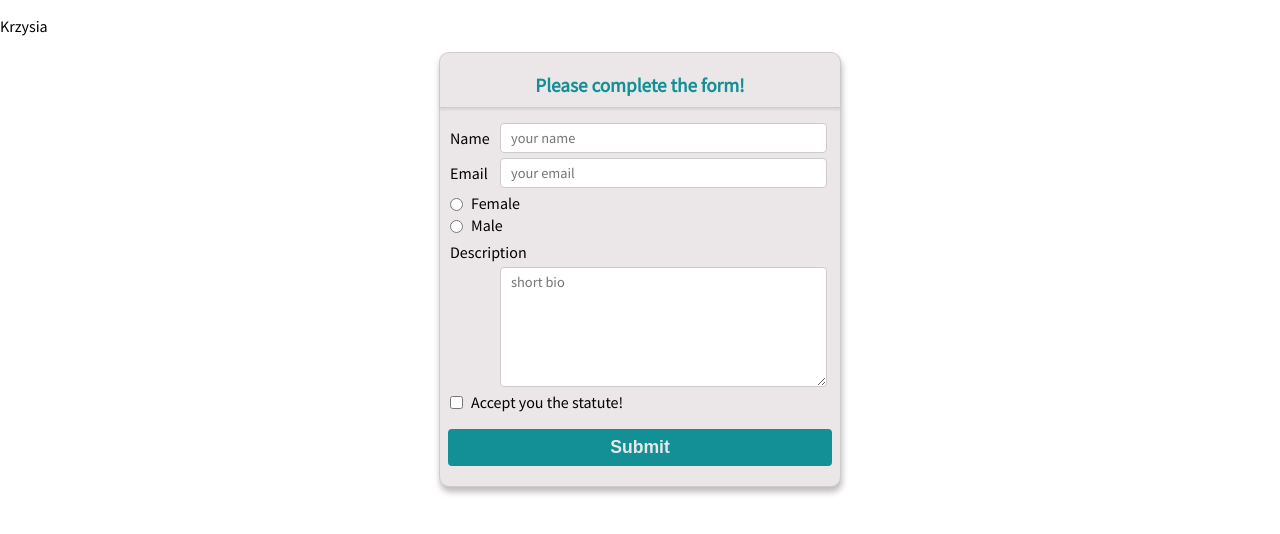
Repository: KrzysKolo/sr_tydzien4_zad2
Page: /
The author's editor kept a copy of each file at every save. The page is drawn from the files as they stood at one save, then again after the next save.
The browser window is 1280 px wide. The pictures show the whole page.
The project was rebuilt for these pictures with package versions that can differ from the ones it lists, and the page was loaded fresh each time. Also part of the build but not shown: src/components/formComponents/ErrorMessage.js, src/components/formComponents/Message.js.

Above is the page before, as saved 2020-11-27 23:27:09.

After the next save:
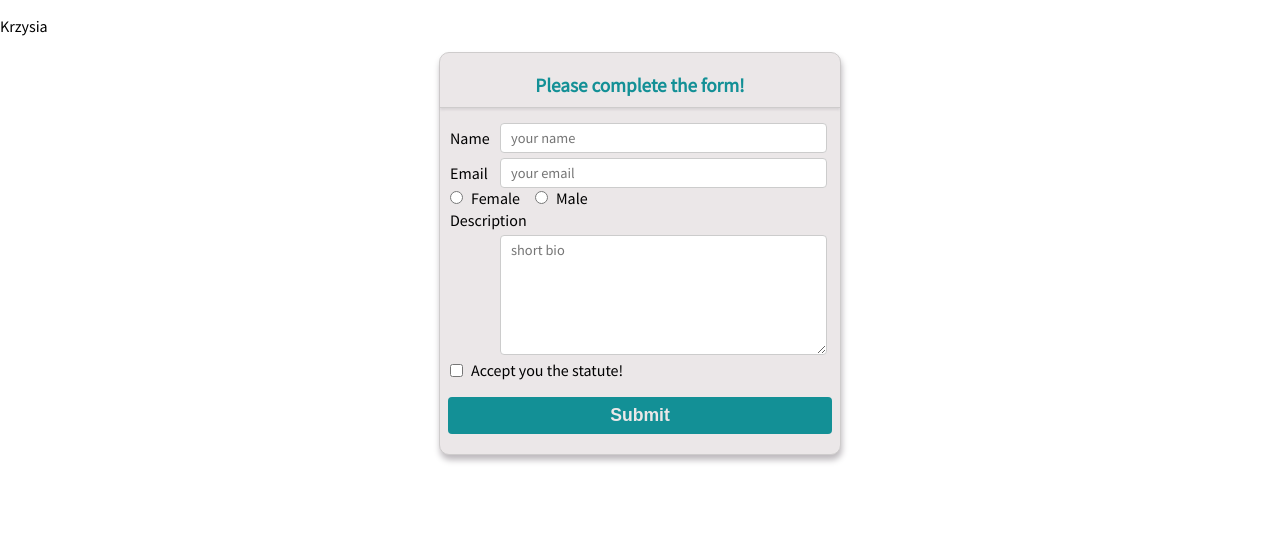
Saved 2 min 14 s later.
--- a/src/components/formComponents/Radio.js
+++ b/src/components/formComponents/Radio.js
@@ -21,13 +21,13 @@ const RadioError = styled.input`
 const Checkbox = (props) => {
     const { name,  message, errorInfo, options }= props;
     return (
-        <>
-              {options.map(option =>  <RadioDiv key={option.id}>
+        <RadioDiv>
+              {options.map(option =>  <div key={option.id}>
                     <RadioError id={option.value} name={name} {...props} errorInfo={errorInfo} message={message} />
                     <RadioLabel htmlFor={option.value}>{option.label}</RadioLabel>
-                </RadioDiv>)}
+                </div>)}
             {errorInfo && <ErrorMessage message={message} /> }
-        </>
+        </RadioDiv>
     )
 
 }
